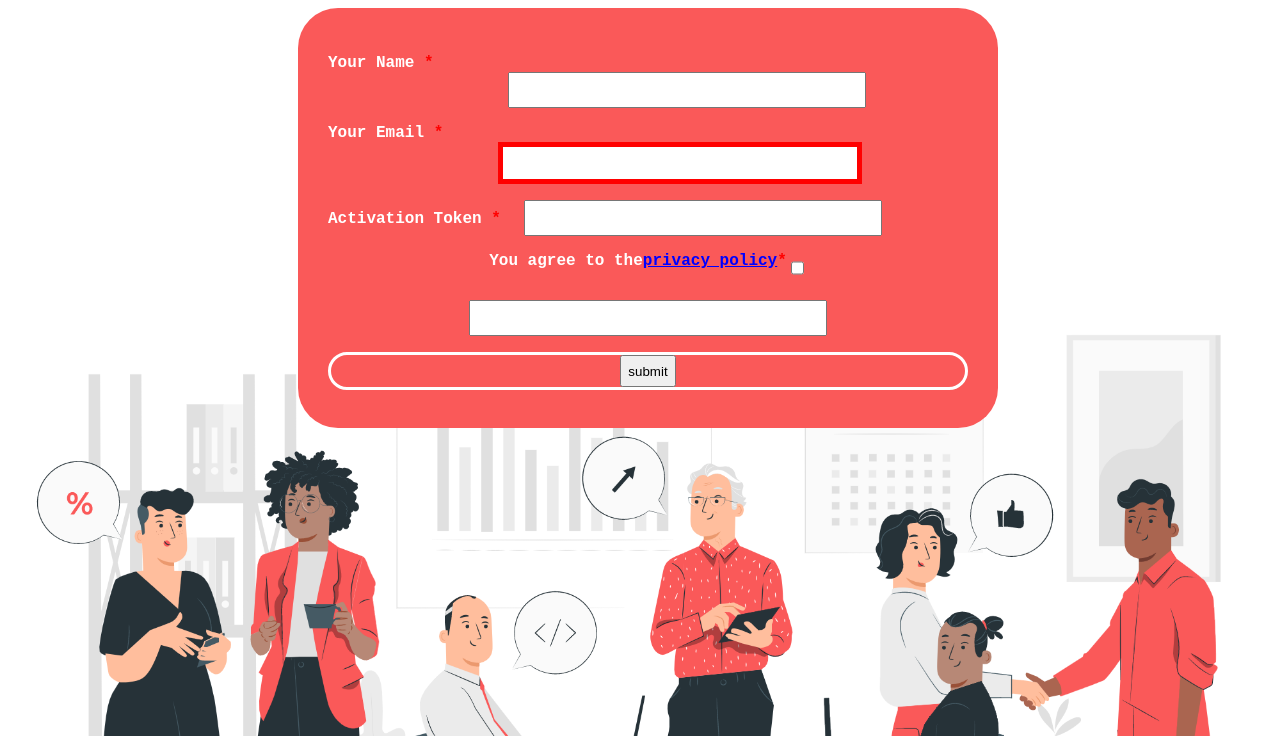
Repository: Rachael4life/Assignment-1
Page: starter-code/src/index.html
The author's editor kept a copy of each file at every save. The page is drawn from the files as they stood at one save, then again after the next save.
The browser window is 1280 px wide. The page is 1288 px wide, so the pictures cover 1288 px, including what lies to the right of the window. The pictures show the whole page.

Above is the page before, as saved 2022-02-28 06:22:43.

### starter-code/src/index.html
<!DOCTYPE html>
<html lang="en">
<head>
    <meta charset="UTF-8">
    <meta http-equiv="X-UA-Compatible" content="IE=edge">
    <meta name="viewport" content="width=device-width, initial-scale=1.0">
    <link rel="stylesheet" href="style.css">
    <link rel="preconnect" href="https://fonts.googleapis.com">
<link rel="preconnect" href="https://fonts.gstatic.com" crossorigin>
    <link href="https://fonts.googleapis.com/css2?family=Courier+Prime&display=swap" rel="stylesheet">
    <title>Assignment 1</title>
</head>
<body>
    <div id="ramyeon">
        <form class="kimchi">
            <div> <p></p>
                <label for="name">Your Name <span class="asteric">*</span></label>
                <input class="formgroup" type="text" name="name" id="name" placeholder="">
            </div>
            <div> <p></p>
                <label for="email">Your Email <span class="asteric">*</span> </label>
                <input class="formgroup" type="text" name="email" id="email" placeholder="">
            </div>
            <div> <p></p>
                <label for="password">Activation Token <span class="asteric">*</span> </label>
                <input class="formgroup" type="password" name="activation token" id="password" placeholder="">
            </div>
           <p></p>
            <div class="water"><p></p>
                You agree to the <a href="privacy policy" id="privacy"><b> privacy policy</a></b><span class="asteric">*</span> <input type="checkbox">
            </div>
            <p></p>
            <div id="validation"><p></p>
                <label for="validation"></label>
                <input type="text" class="formgroup">
            </div>
            <p></p>
            <div class="gogi"><p></p>
                <button type="button">submit</button>
            </div>
        </form>
    </div>
</body>
</html>

### starter-code/src/style.css
body {
    color: white;
    font-family: 'Courier Prime', monospace;
    width: 100vw;
    height: 100vh;
    background-image: url("img.png");
    background-size: cover;
    background-repeat: no-repeat;
    font-size: 16px;
}
form {
    background-color: #fa5959;
    font-size: 16px;
    width: 50%;
    height: 50%;
    padding: 30px;
    border-radius: 40px;
    font-weight: bold;
}
#name {
    margin-left: 180px;
    height: 30px;
    width: 350px;
}
#email {
    margin-left: 170px;
    height: 30px;
    width: 350px;
}
#password {
    margin-left: 14px;
    height: 30px;
    width: 350px;
}
#ramyeon {
    display: flex;
    justify-content: center;
    align-content: space-between;
    width: 100%;
    height: 100%;
    font-family: 'Courier New', Courier, monospace;
}
#validation {
    align-content: center;
    justify-content: center;
    display: flex;
}
.gogi {
    display: flex;
    justify-content: center;
    align-content:center;
    border-style: solid;
    border-radius: 30px;
    border-color: white;
    background: #fa5959;
    margin: auto;
    font-size: 16px;
    font-family: 'Courier Prime', Courier, monospace;
    font-weight: 500, 700;
    font: bolder;


}
.water {
    align-content: center;
    justify-content: center;
    display:flex;
}
.formgroup {
    width: 350px;
    height: 30px;
}
#email {
    border: 5px solid red;
}
.asteric {
    color: red;
}
#privacy {
    color: blue;
}

After the next save:
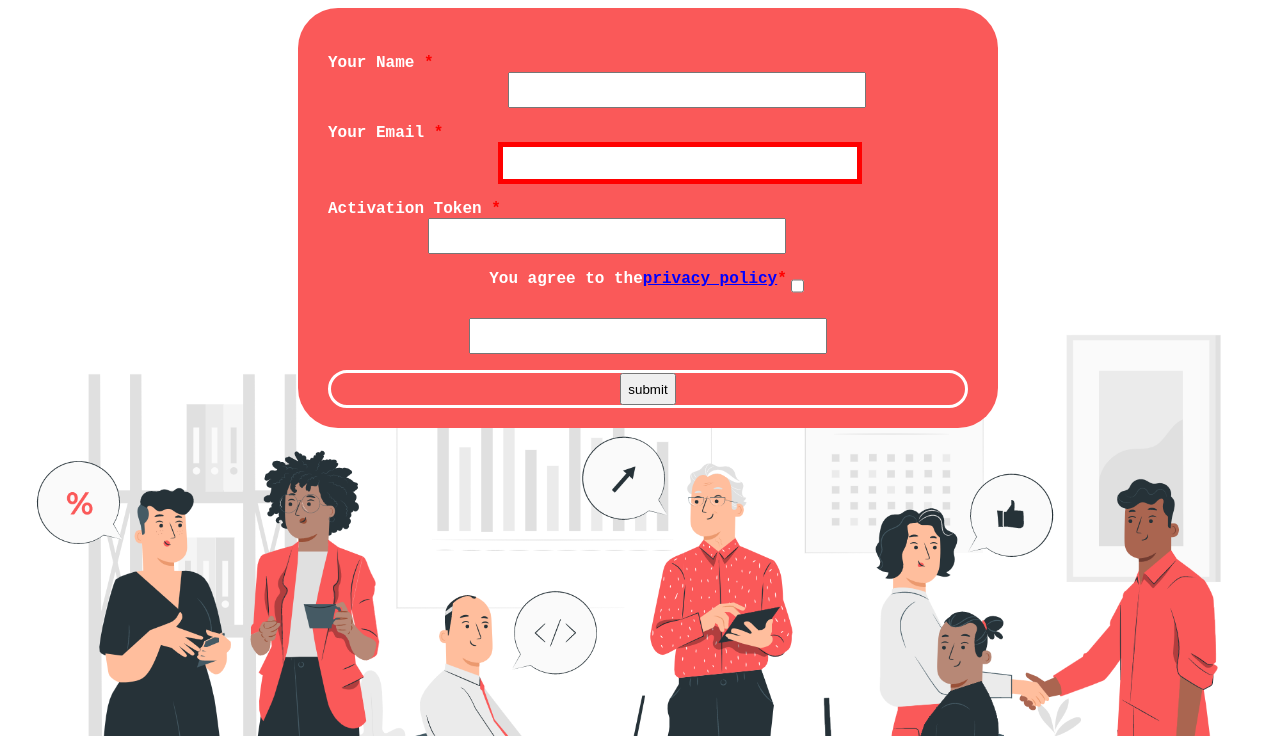
Saved 25 s later.
--- a/starter-code/src/style.css
+++ b/starter-code/src/style.css
@@ -28,7 +28,7 @@ form {
     width: 350px;
 }
 #password {
-    margin-left: 14px;
+    margin-left: 100px;
     height: 30px;
     width: 350px;
 }
